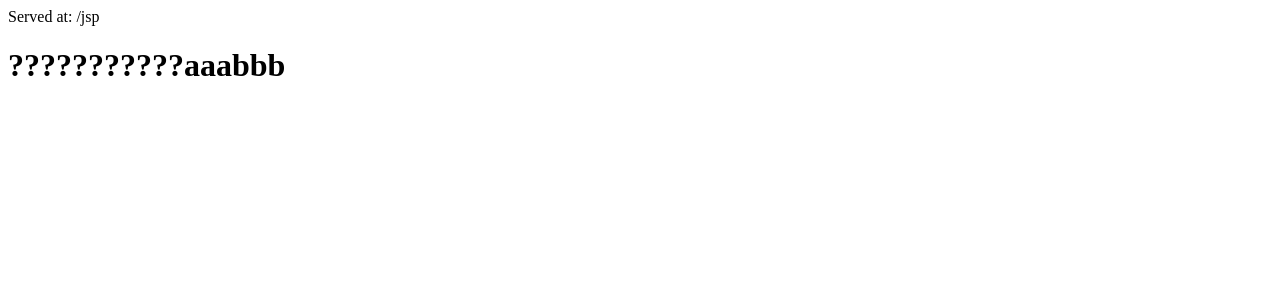
Repository: kodaihero/SpringFrameworkTutorial
Page: http://localhost/jsp/sample/Sample
An editor plug-in stored every save of this project. The page is shown before and after the next save, followed by the edit.
The browser window is 1280 px wide. The pictures show the whole page.
The page is served by Tomcat 9.

Above is the page before, as saved 2022-05-13 06:11:02.

### jsp/src/main/java/sample/Sample.java
package sample;

import java.io.IOException;
import java.io.PrintWriter;

import javax.servlet.ServletException;
import javax.servlet.annotation.WebServlet;
import javax.servlet.http.HttpServlet;
import javax.servlet.http.HttpServletRequest;
import javax.servlet.http.HttpServletResponse;

/**
 * Servlet implementation class Sample
 */
@WebServlet("/sample/Sample")
public class Sample extends HttpServlet {
	private static final long serialVersionUID = 1L;

    /**
     * @see HttpServlet#HttpServlet()
     */
    public Sample() {
        super();
        // TODO Auto-generated constructor stub
    }

	/**
	 * @see HttpServlet#doGet(HttpServletRequest request, HttpServletResponse response)
	 */
	protected void doGet(HttpServletRequest request, HttpServletResponse response) throws ServletException, IOException {
		// TODO Auto-generated method stub
		response.getWriter().append("Served at: ").append(request.getContextPath());
		// request.setCharacterEncoding("utf-8");
		response.setContentType("text/html; charset=utf-8");
		PrintWriter out = response.getWriter();

		out.println("<html>");
		out.println("<head>");
		out.println("<title>サーブレットのサンプルaaabbb</title>");
		out.println("</head>");
		out.println("<body>");
		out.println("<h1>サーブレットのサンプルaaabbb</h1>");
		out.println("</body>");
		out.println("</html>");
	}

	/**
	 * @see HttpServlet#doPost(HttpServletRequest request, HttpServletResponse response)
	 */
	protected void doPost(HttpServletRequest request, HttpServletResponse response) throws ServletException, IOException {
		// TODO Auto-generated method stub
		doGet(request, response);
	}

}

After the next save:
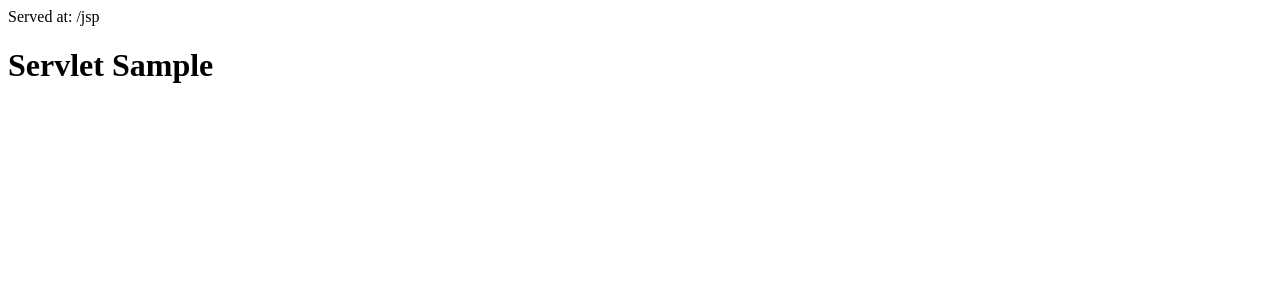
Saved 101 s later.
--- a/jsp/src/main/java/sample/Sample.java
+++ b/jsp/src/main/java/sample/Sample.java
@@ -36,10 +36,10 @@ public class Sample extends HttpServlet {
 
 		out.println("<html>");
 		out.println("<head>");
-		out.println("<title>サーブレットのサンプルaaabbb</title>");
+		out.println("<title>Servlet Sample</title>");
 		out.println("</head>");
 		out.println("<body>");
-		out.println("<h1>サーブレットのサンプルaaabbb</h1>");
+		out.println("<h1>Servlet Sample</h1>");
 		out.println("</body>");
 		out.println("</html>");
 	}
